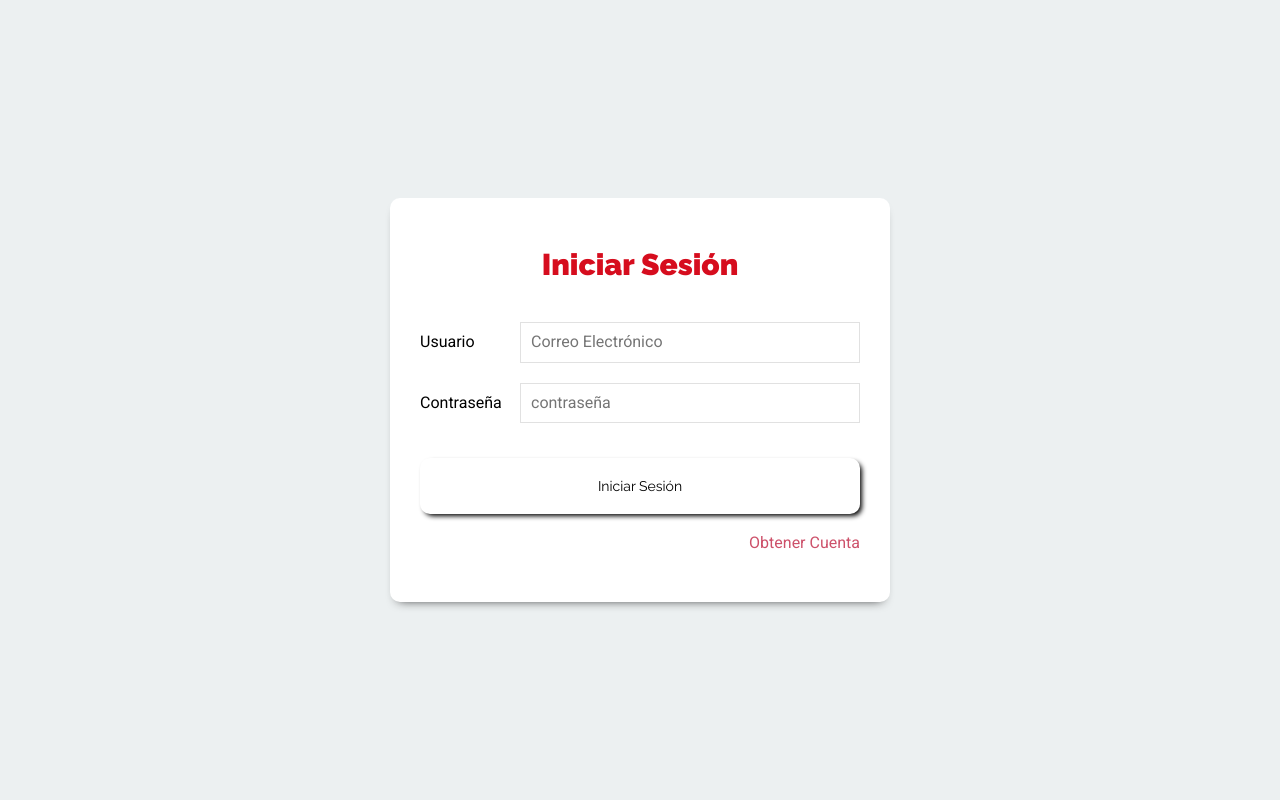
Repository: andrescovarrubias/admin-proyectos
Page: / (app in cliente/)
The author's editor kept a copy of each file at every save. The page is drawn from the files as they stood at one save, then again after the next save.
The browser window is 1280 px wide. The pictures show the whole page.
The project was rebuilt for these pictures with package versions that can differ from the ones it lists, and the page was loaded fresh each time. Also part of the build but not shown: cliente/src/components/auth/NuevaCuenta.jsx, cliente/src/components/proyectos/NuevoProyecto.jsx, cliente/src/components/layout/SideBar.jsx, cliente/src/components/proyectos/Proyectos.jsx.

Above is the page before, as saved 2020-10-31 17:49:38.

### cliente/src/index.css
:root {
  --blanco: #ffffff;
  --blanco2: #fcf7ff;
  --blanco3: #ecf0f1;
  --azul1: #258ea6;
  --morado1: #4d376d;
  --morado2: #861657;
  --azul2: #1b065e;
  --azul3: #2e4052;
  --rojo: #d60d1e;
  --rojo2: #b8082c;
  --rojo3: #b91a2f;
  --headingFont: "Raleway", sans-serif;
  --textFont: "Roboto", sans-serif;
}
*,
*:before,
*:after {
  box-sizing: inherit;
}
html {
  box-sizing: border-box;
  height: 100%;
  font-size: 62.5%;
}
body {
  min-height: 100%;
  background-color: #ecf0f1;
  font-size: 16px;
  font-size: 1.6rem;
  font-family: var(--textFont);
}

h1,
h2 {
  font-family: var(--headingFont);
  font-weight: 900;
  margin: 0 0 4rem 0;
  text-align: center;
  color: var(--rojo);
}
h1 span {
  font-weight: 400;
}
h1 {
  font-size: 3rem;
}
h2 {
  font-size: 2.4rem;
}
ul {
  list-style: none;
  padding: 0;
  margin: 0;
}
a {
  text-decoration: none;
  color: var(--gris2);
}

/** BOTONES **/
.btn {
  margin-top: 2vh;
  font-family: var(--headingFont);
  padding: 20px;
  font-size: 14px;
  /* font-weight: bold; */
  border-radius: 10px;
  border: none;
  box-shadow: 3px 3px 5px -1px black;
  transition: background-color 0.3s ease;
}
.btn:hover {
  cursor: pointer;
}
.btn-primario {
  background-color: var(--blanco);
  color: black;
}
.btn-primario:hover {
  background: rgb(46, 46, 46);
  color: var(--blanco);
}
.btn-secundario {
  background-color: var(--rojo2);
}
.btn-block {
  display: block;
  width: 100%;
}
.btn-submit:hover {
  background-color: #b91a2f;
}
.btn-blank {
  margin: 0;
  padding: 0;
  display: block;
  background-color: transparent;
}

@media (min-width: 768px) {
  .contenedor-app {
    display: flex;
    min-height: 100vh;
  }

  aside {
    background-color: var(--blanco);
    flex: 0 0 300px;
  }
  .seccion-principal {
    flex: 1;
  }
}

/* BARRA LATERAL */
aside {
  padding: 3rem;
}

.formulario-nuevo-proyecto {
  margin-top: 6rem;
}
.formulario-nuevo-proyecto .input-text {
  border-bottom: 1px solid var(--gris2);
  border-radius: 0;
  background-color: var(--gris1);
}
.formulario-nuevo-proyecto .input-text::placeholder {
  color: var(--gris2);
}
.proyectos {
  margin-top: 5vh;
}
.listado-proyectos li {
  margin-bottom: 2rem;
}
.listado-proyectos li a {
  font-size: 1.4rem;
  color: var(--gris2);
  line-height: 1.5;
  font-weight: 300;
}
.app-header {
  display: flex;
  justify-content: space-between;
  background-color: var(--gris2);
  padding: 4rem;
}
.nombre-usuario {
  color: var(--blanco);
  font-size: 2.2rem;
  margin: 0;
}
.nombre-usuario span {
  font-weight: 900;
}
.nav-principal a {
  color: var(--blanco);
  text-decoration: none;
}
.nav-principal a:first-of-type {
  margin-right: 2rem;
}

/** Formulario crear y editar tareas **/
.formulario {
  background-color: var(--gris3);
  padding: 4rem;
}
.formulario form {
  max-width: 600px;
  margin: 0 auto;
}
.contenedor-input {
  display: flex;
}
.contenedor-input label {
  margin-bottom: 1rem;
  color: var(--blanco);
}
.input-text {
  padding: 1rem;
  border: none;
  border-radius: 0.5rem;
  flex: 1;
  width: 100%;
}

/** TAREAS LISTADO **/
.contenedor-tareas {
  padding: 4rem;
}

.listado-tareas {
  max-width: 600px;
  margin: 0 auto;
}

.tarea {
  display: flex;
  justify-content: space-between;
  background-color: var(--blanco);
  padding: 0.5rem 2rem;
  align-items: center;
  margin-bottom: 1rem;
  border-radius: 0.5rem;
}
.sombra {
  -webkit-box-shadow: 0px 4px 10px -3px rgba(117, 117, 117, 1);
  -moz-box-shadow: 0px 4px 10px -3px rgba(117, 117, 117, 1);
  box-shadow: 0px 4px 10px -3px rgba(117, 117, 117, 1);
}
.sombra-dark {
  -webkit-box-shadow: 0px 6px 11px -8px rgba(0, 0, 0, 0.9);
  -moz-box-shadow: 0px 6px 11px -8px rgba(0, 0, 0, 0.9);
  box-shadow: 0px 6px 11px -8px rgba(0, 0, 0, 0.9);
}
.tarea .acciones .btn:first-of-type {
  margin-right: 1rem;
}
.tarea p {
  font-size: 1.6rem;
  flex: 1;
  padding-right: 2rem;
}
.tarea .btn {
  padding: 0.8rem;
  font-size: 1.4rem;
  border-radius: 0;
  margin: 0;
}

.estado {
  margin-right: 1rem;
}
.estado button,
.mensaje {
  font-weight: 900;
  font-family: var(--textFont);
  font-size: 1rem;
  padding: 0.5rem;
  border-radius: 0.5rem;
  cursor: pointer;
  border: none;
}
.mensaje {
  text-align: center;
  font-size: 1.6rem;
  border-radius: 0;
}
.mensaje:hover {
  cursor: default;
}
.completo,
.correcto {
  background-color: rgba(154, 252, 154, 0.3);
  color: var(--gris3);
}
.incompleto {
  background-color: rgba(255, 178, 178, 0.4);
  color: var(--gris3);
}
.error {
  max-width: 600px;
  margin: 2rem auto 0 auto;
  background-color: rgb(170, 0, 0);
  color: var(--blanco);
}

.tarea-enter,
.proyecto-enter {
  opacity: 0;
}
.tarea-enter-active,
.proyecto-enter-active {
  opacity: 1;
  transition: opacity 200ms;
}
.tarea-exit,
.proyecto-exit {
  opacity: 1;
}
.tarea-exit-active,
.proyecto-exit-active {
  opacity: 0;
  transition: opacity 200ms;
}

.form-usuario {
  height: 100vh;
  min-height: 800px;
  display: flex;
  align-items: center;
  justify-content: center;
}

.contenedor-form {
  padding: 5rem 3rem;
  max-width: 500px;
  width: 95%;
  background-color: var(--blanco);
  border-radius: 1rem;
}
.contenedor-form h1 {
  color: var(--rojo);
}

.campo-form {
  display: flex;
  margin-bottom: 2rem;
  align-items: center;
}
.campo-form:last-of-type {
  margin: 0;
}
.campo-form label {
  flex: 0 0 100px;
  font-family: var(--textFont);
}
.campo-form input[type="password"],
.campo-form input[type="email"],
.campo-form input[type="text"] {
  border: 1px solid #e1e1e1;
  padding: 1rem;
  flex: 1;
}

.enlace-cuenta {
  margin-top: 2rem;
  display: block;
  opacity: 0.7;
  float: right;
  color: var(--rojo2);
}
.enlace-cuenta:hover {
  text-decoration: underline var(--rojo);
}

.alerta {
  position: fixed;
  top: 0;
  left: 0;
  padding: 1rem 3rem;
  border-radius: 1rem;
  font-family: var(--headingFont);
  font-weight: 600;
  text-transform: uppercase;
  font-size: 2.2rem;
  text-align: center;
  width: 100%;
}
@media (min-width: 768px) {
  .alerta {
    width: auto;
    top: 30px;
    right: 10px;
    left: auto;
  }
}

.alerta-ok {
  background-color: rgb(109, 211, 109);
  color: rgb(2, 103, 2);
}
.alerta-error {
  background-color: rgb(230, 78, 78);
  color: var(--blanco);
}

### cliente/src/App.js
import React, {Fragment, useState, useEffect, useContext} from 'react';
import Login from './components/auth/Login';
import NuevaCuenta from './components/auth/NuevaCuenta';
import Proyectos from './components/proyectos/Proyectos';

import {BrowserRouter as Router, Switch, Route} from 'react-router-dom';


function App() {
  return (
    <Router>
      <Switch>
        <Route exact path='/' component = {Login} />
        <Route exact path='/nueva-cuenta' component = {NuevaCuenta} />
        <Route exact path='/proyectos' component = {Proyectos} />
      </Switch>
    </Router>
  );
}

export default App;

### cliente/src/components/auth/Login.jsx
import React, { useState } from 'react';
import {Link} from 'react-router-dom';


const Login = () => {

     // state para iniciar sesion
     const [usuario, guardarUsuario] = useState ({
          email:'',
          password:''
     });

     // extraer el usuario
     const {email, password} = usuario;

     const onChange = e => {
          guardarUsuario({
               ...usuario,
               [e.target.name] : e.target.value
          })
     }


     // cuando el usuario quiere iniciar sesion
     const onSubmit = e => {
          e.preventDefault();

          // validar que no haya campos vacios

          // contraseña minimo de 6 caracteres

          // contraseña iguales

          // pasarlo al action

     }

     return (
          <div className="form-usuario">
               <div className="contenedor-form sombra-dark">
                    <h1>Iniciar Sesión</h1>
                    <form
                         onSubmit = {onSubmit}
                    >
                         <div className="campo-form">
                              <label htmlFor="email">Usuario</label>
                              <input
                                   type="email"
                                   id="email"
                                   name="email"
                                   placeholder="Correo Electrónico"
                                   autocomplete="off"
                                   required
                                   value={email}
                                   onChange={onChange}
                              />
                         </div>
                         <div className="campo-form">
                              <label htmlFor="password">Contraseña</label>
                              <input
                                   type="password"
                                   id="password"
                                   name="password"
                                   placeholder="contraseña"
                                   autocomplete="off"
                                   value={password}
                                   required
                                   onChange={onChange}
                              />
                         </div>

                         <div className="campo-form">
                              <input type="submit" className=" btn btn-primario btn-block" value="Iniciar Sesión"/>
                         </div>
                    </form>
                    <Link to={'/nueva-cuenta'} className="enlace-cuenta">
                         Obtener Cuenta
                    </Link>
               </div>
          </div>
      );
}

export default Login;

Loaded but not shown: cliente/public/index.html (common file); cliente/src/index.js (common file); cliente/src/reportWebVitals.js (common file)

After the next save:
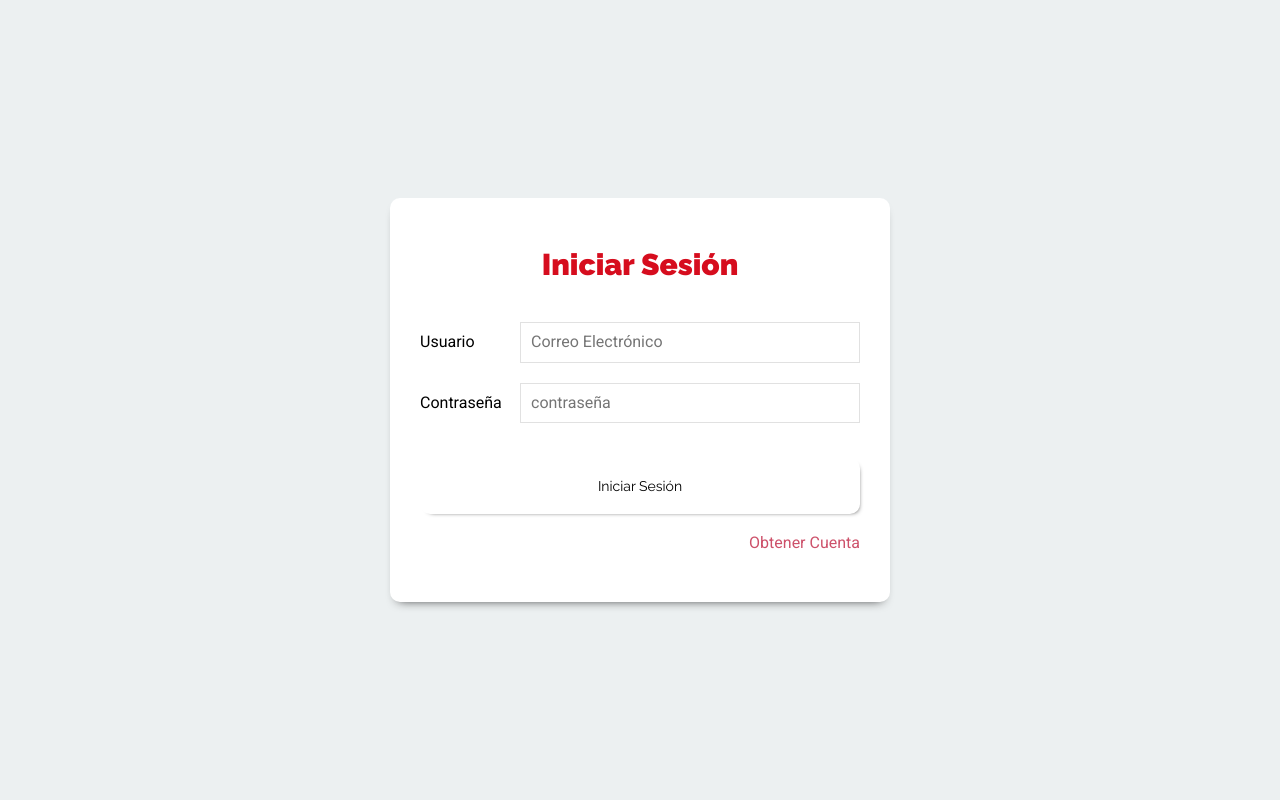
Saved 4 s later.
--- a/cliente/src/index.css
+++ b/cliente/src/index.css
@@ -67,7 +67,7 @@ a {
   /* font-weight: bold; */
   border-radius: 10px;
   border: none;
-  box-shadow: 3px 3px 5px -1px black;
+  box-shadow: 3px 3px 5px -5px black;
   transition: background-color 0.3s ease;
 }
 .btn:hover {
